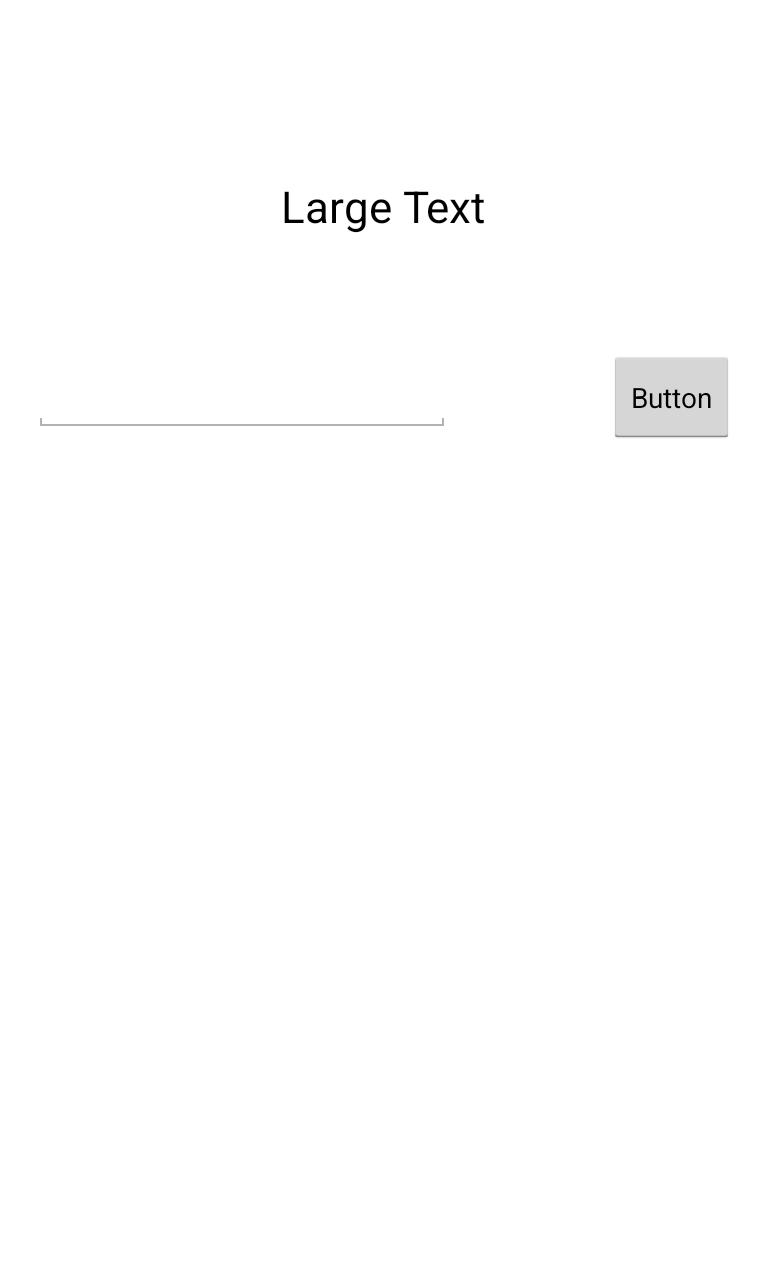
Repository: packn3/AlarmClock
Layout: alarm/Alarm/res/layout/activity_alarm.xml
The author's editor kept a copy of each file at every save. The layout is drawn from the files as they stood at one save, then again after the next save.
It is drawn on a 768 x 1280 px phone screen (xhdpi) without system bars, with theme AppTheme; the app's code is not run.

Above is the layout before, as saved 2013-12-22 16:38:06.

### alarm/Alarm/res/layout/activity_alarm.xml
<RelativeLayout xmlns:android="http://schemas.android.com/apk/res/android"
    xmlns:tools="http://schemas.android.com/tools"
    android:layout_width="match_parent"
    android:layout_height="match_parent"
    android:paddingBottom="@dimen/activity_vertical_margin"
    android:paddingLeft="@dimen/activity_horizontal_margin"
    android:paddingRight="@dimen/activity_horizontal_margin"
    android:paddingTop="@dimen/activity_vertical_margin"
    tools:context=".Alarm" >

    <TextView
        android:id="@+id/formulaText"
        android:layout_width="wrap_content"
        android:layout_height="wrap_content"
        android:layout_alignParentTop="true"
        android:layout_centerHorizontal="true"
        android:layout_marginTop="72dp"
        android:text="Large Text"
        android:textAppearance="?android:attr/textAppearanceLarge" />

    <EditText
        android:id="@+id/answer"
        android:layout_width="wrap_content"
        android:layout_height="wrap_content"
        android:layout_alignParentLeft="true"
        android:layout_below="@+id/formulaText"
        android:layout_marginTop="60dp"
        android:ems="10"
        android:inputType="number" />

    <Button
        android:id="@+id/judgeButton"
        style="?android:attr/buttonStyleSmall"
        android:layout_width="wrap_content"
        android:layout_height="wrap_content"
        android:layout_alignBaseline="@+id/answer"
        android:layout_alignBottom="@+id/answer"
        android:layout_alignParentRight="true"
        android:text="Button" />

</RelativeLayout>

Loaded but not shown: alarm/Alarm/res/values/styles.xml (common file); alarm/Alarm/res/values-v11/styles.xml (common file); alarm/Alarm/res/values-v14/styles.xml (common file); alarm/Alarm/res/values/dimens.xml (common file)

After the next save:
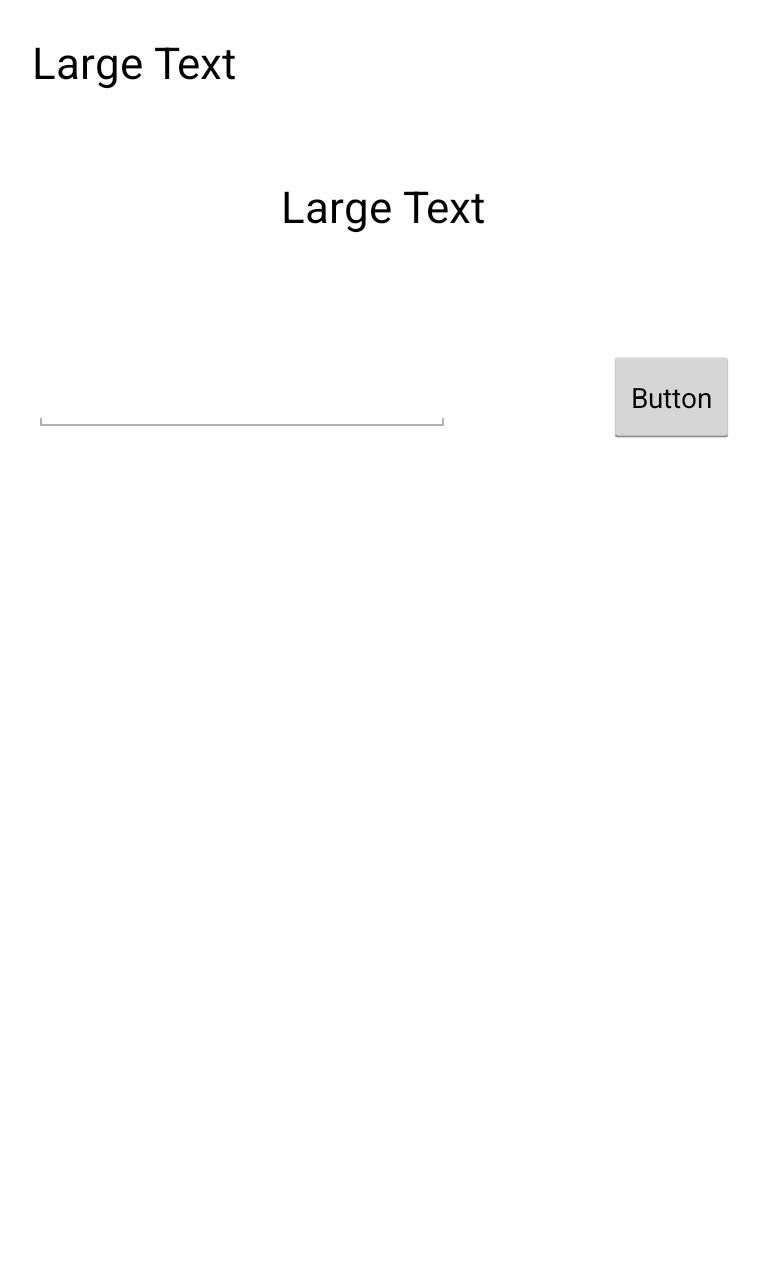
Saved 2 min 40 s later.
--- a/alarm/Alarm/res/layout/activity_alarm.xml
+++ b/alarm/Alarm/res/layout/activity_alarm.xml
@@ -38,4 +38,12 @@
         android:layout_alignParentRight="true"
         android:text="Button" />
 
+    <TextView
+        android:id="@+id/questionNumber"
+        android:layout_width="wrap_content"
+        android:layout_height="wrap_content"
+        android:layout_alignParentTop="true"
+        android:text="Large Text"
+        android:textAppearance="?android:attr/textAppearanceLarge" />
+
 </RelativeLayout>
